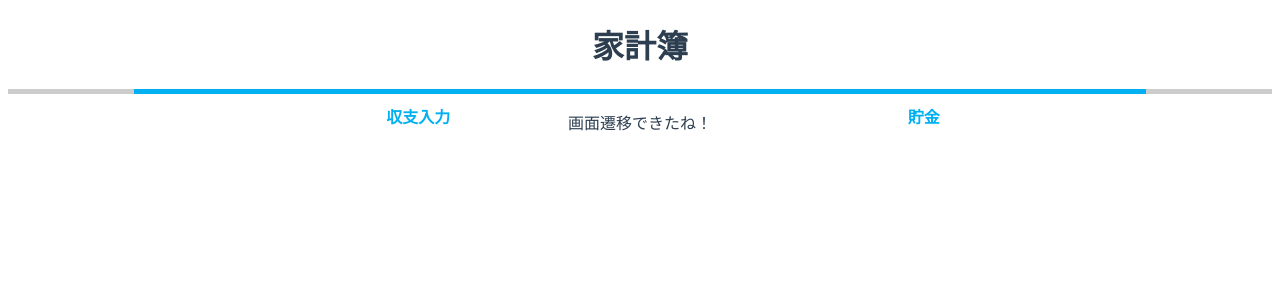
Repository: shellzu/kakeibo.app
Page: /#/savingsPage
These files come from the project's save history. The page is drawn as it stood at one moment and after the next save; the edit follows.
The browser window is 1280 px wide. The pictures show the whole page.
The project was rebuilt for these pictures with package versions that can differ from the ones it lists, and the page was loaded fresh each time. Also part of the build but not shown: src/components/AddButton.vue, src/components/BudgetDeleteButton.vue.

Above is the page before, as saved 2019-07-28 14:49:59.

### src/App.vue
<template>
  <div id="app">
    <router-view />
  </div>
</template>
<script>
export default {
  name: 'App'
}
</script>

<style>
#app {
  font-family: "Lato", "Noto Sans JP", "游ゴシック Medium", "游ゴシック体",
    "Yu Gothic Medium", YuGothic, "ヒラギノ角ゴ ProN",
    "Hiragino Kaku Gothic ProN", "メイリオ", Meiryo, "ＭＳ Ｐゴシック",
    "MS PGothic", sans-serif;
  -webkit-font-smoothing: antialiased;
  -moz-osx-font-smoothing: grayscale;
  text-align: center;
  color: #2c3e50;
}
#header {
  height: 150px;
  width: 1200px;
  margin-right: auto;
  margin-left: auto;
  background: white;
  box-shadow: 0px 3px 3px rgba(0, 0, 0, 0.1);
  display: flex;
  justify-content: center;
  align-items: center;
}
#header a {
  display: block;
  position: relative;
  margin: 2em;
  width: 70pt;
  border: solid 1px silver;
  border-radius: 0.5rem 0.5rem;
  padding: 0.5rem 1.5rem;
  margin-top: 1rem;
  text-decoration: none;
}
#png {
  position: absolute;
  left: 100px;
}
nav {
  border-bottom: 5px solid #ccc;
  position: relative;
}
nav ul {
  position: absolute;
  left: 10%;
  display: table;
  margin: 0 auto;
  padding: 0;
  width: 80%;
  text-align: center;
}
nav ul li {
  display: table-cell;
  min-width: 50px;
}
nav ul li a {
  display: block;
  width: 100%;
  height: 100%;
  padding: 10px 0;
  text-decoration: none;
  color: #aaa;
}
nav ul li.current {
  font-weight: bold;
  border-top: 5px solid #00b0f0;
}
nav ul li.current a {
  color: #00b0f0;
}
nav ul li a:hover {
  color: #0089bb;
  background-color: #fbfbdd;
}
nav ul li:hover {
  border-top: 5px solid #f8e750;
}
</style>

### src/router/index.js
import Vue from 'vue'
import Router from 'vue-router'

import BudgetListPage from '@/components/BudgetListPage'
import SavingsPage from '@/components/SavingsPage'

Vue.use(Router)

export default new Router({
  routes: [
    {
      path: '/',
      component: BudgetListPage
    },
    {
      path: '/savingsPage',
      component: SavingsPage
    }
  ]
})

### src/components/BudgetListPage.vue
<template>
  <div id="app">
    <HeaderMenu></HeaderMenu>
     <br>
      <h2>新規入力</h2>
    <form>
      <div align="center">
      <div class="date_picker">
        <label>日付</label>
        <datepicker :format="DatePickerFormat" v-model="date" placeholder="日付を選択"></datepicker>
      </div>
      <div class="text_amount">
        <label>金額</label>
        <input type="number" v-model.number="amount" placeholder="￥" />
      </div>
      <div class="radio_select">
        <p>収支選択</p>
        <input type="radio" id="income" value="収入" v-model="mode" />
        <label for="income">収入</label>
        <input type="radio" id="expense" value="支出" v-model="mode" />
        <label for="expense">支出</label>
      </div>
      <div class="textarea_memo">
        <label>概要</label>
        <textarea v-model="memo" placeholder="給料..食費..."></textarea>
      </div>
      </div>
    </form>
        <AddButton v-on:add-list='entry'></AddButton>
    <div>
      <h2>収支一覧</h2>
    </div>
    <table align="center" class="budget_list th.td">
      <thead>
        <tr>
          <th>ID</th>
          <th>収支</th>
          <th>金額</th>
          <th>日付</th>
          <th>概要</th>
          <th>削除</th>
        </tr>
      </thead>
      <body>
        <tr v-for="(budget, index) in budgets" :key="index">
          <th>{{index}}</th>
          <td>{{budget.mode}}</td>
          <td>{{budget.amount}}</td>
          <td>{{customformat(budget.date)}}</td>
          <td>{{budget.memo}}</td>
          <td>
            <BudgetDeleteButton v-on:deleteList="deletePassbook(budget)"></BudgetDeleteButton>
          </td>
        </tr>
      </body>
    </table>
    <h3>お財布</h3>
      <h3>{{diff}}</h3>
    <div>
    My name is <input v-model="wallet">
    </div>
  </div>
</template>

<script>
import Datepicker from 'vuejs-datepicker'
import moment from 'moment'
import HeaderMenu from './HeaderMenu'
import AddButton from './AddButton'
import BudgetDeleteButton from './BudgetDeleteButton'

export default {
  name: 'app',
  components: {
    Datepicker,
    HeaderMenu,
    AddButton,
    BudgetDeleteButton
  },
  data: function () {
    return {
      budgets: [
        { id: 0, amount: 100000, mode: '収入', date: '2019-06-27', memo: '給料' }
      ],
      amount: '',
      mode: '収入',
      date: '',
      memo: '',
      diff: 100000,
      DatePickerFormat: 'yyyy-MM-dd',
      wallet: ''
    }
  },
  methods: {
    entry: function () {
      this.budgets.push({
        amount: this.amount,
        mode: this.mode,
        date: this.date,
        memo: this.memo
      })
      if (this.mode === '収入') {
        this.diff = this.diff + Number(this.amount)
      } else {
        this.diff = this.diff - Number(this.amount)
      }
    },
    deletePassbook: function (budget) {
      var index = this.budgets.indexOf(budget)
      this.budgets.splice(index, 1)
    },
    customformat: function (value) {
      return moment(value).format('YYYY-MM-DD')
    }
  },
  mounted () {
    if (localStorage.wallet) this.wallet = localStorage.wallet
  },
  watch: {
    wallet (newWallet) {
      localStorage.wallet = newWallet
    }
  }
}
</script>

<style>
.budget_list {
  padding: 10px 10px 10px 10px;
  border-left: 6px solid #00b0f0;
  background-color: #eee;
  width: 80%;
}
.budget_list th.td {
  padding: 0.5em 3em 0.5em 3em;
}
.th.td {
  padding: 0.5em 3em 0.5em 3em;
}
button {
  position: relative;
  display: inline-block;
  padding: 0.25em 0.5em;
  text-decoration: none;
  color: #FFF;
  background: #03A9F4;
  border: solid 1px #0f9ada;
  border-radius: 4px;
  box-shadow: inset 0 1px 0 rgba(255,255,255,0.2);
  text-shadow: 0 1px 0 rgba(0,0,0,0.2);
}
button:active {
  border: solid 1px #03A9F4;
  box-shadow: none;
  text-shadow: none;
}
.saving_link {
  font-size: 1.5em;
}
.cp_link {
  display: inline-block;
  padding: 0.1em 0.3em;
  transition: all .3s;
  color: gray;
  text-decoration: none;
  font-size: 1.5em;
}
.cp_link:visited {
  color: #777777;
  text-decoration: none;
}
.cp_link:hover {
  color: #fff;
  background-color: #00BCD4;
}
input::-webkit-outer-spin-button,
input::-webkit-inner-spin-button {
  -webkit-appearance: none;
}
.text_amount {
  padding-bottom: 20px;
  width: 180px;
}
.text_amount label {
  display: block;
  font-size: 14px;
  padding-bottom: 5px;
}
.text_amount input[type=number] {
  border: 1px solid #1B73BA;
  box-sizing: border-box;
  -moz-box-sizing: border-box;
  -webkit-box-sizing: border-box;
  color: #333;
  font-size: 13px;
  padding: 10px;
  height: 30px;
  width: 180px;
}
.radio_select {
  padding-bottom: 20px;
}
.radio_select p {
  font-size: 14px;
  padding-bottom: 5px;
}
.radio_select input[type=radio] {
  display: none;
  margin: 0;
}
.radio_select input[type=radio] + label {
  cursor: pointer;
  display: inline-block;
  font-size: 13px;
  line-height: 1.5px;
  margin-right: 12px;
  padding: 0 0 3px 24px;
  position: relative;
}
.radio_select input[type=radio] + label::before {
  border: 1px solid #1B73BA;
  border-radius: 50%;
  box-sizing: border-box;
  -moz-box-sizing: border-box;
  -webkit-box-sizing: border-box;
  content: "";
  display: block;
  margin-top: -9px;
  position: absolute;
  left: 0;
  top: 50%;
  height: 13px;
  width: 13px;
}
.radio_select input[type=radio]:checked + label::after {
  background: #1B73BA;
  border-radius: 50%;
  box-sizing: border-box;
  -moz-box-sizing: border-box;
  -webkit-box-sizing: border-box;
  content: "";
  display: block;
  margin-top: -4px;
  position: absolute;
  left: 3px;
  top: 0px;
  height: 7px;
  width: 7px;
}
.textarea_memo {
  padding-bottom: 10px;
  width: 200px;
}
  .textarea_memo label {
  display: block;
  font-size: 14px;
  padding-bottom: 5px;
}
.textarea_memo textarea {
  border: 1px solid #1B73BA;
  box-sizing: border-box;
  -moz-box-sizing: border-box;
  -webkit-box-sizing: border-box;
  color: #333;
  font-size: 13px;
  padding: 10px;
  height: 80px;
  width: 200px;
}
.date_picker {
  padding-bottom: 10px;
}
li {
  list-style: none;
}
h3 {
  left: 30%;
}
.table_passbook {
  padding: 10px 10px 10px 10px;
  border-left: 6px solid #00b0f0;
  background-color: #eee;
  width: 80%;
}
.text_money {
  padding-bottom: 20px;
  width: 180px;
}
.text_money label {
  display: block;
  font-size: 14px;
  padding-bottom: 5px;
}
.text_money input[type=number] {
  border: 1px solid #1B73BA;
  box-sizing: border-box;
  -moz-box-sizing: border-box;
  -webkit-box-sizing: border-box;
  color: #333;
  font-size: 13px;
  padding: 10px;
  height: 30px;
  width: 180px;
}
.radio_select {
  padding-bottom: 20px;
}
.radio_select p {
  font-size: 14px;
  padding-bottom: 5px;
}
.radio_select input[type=radio] {
  display: none;
  margin: 0;
}
.radio_select input[type=radio] + label {
  cursor: pointer;
  display: inline-block;
  font-size: 13px;
  line-height: 1.5px;
  margin-right: 12px;
  padding: 0 0 3px 24px;
  position: relative;
}
.radio_select input[type=radio] + label::before {
  border: 1px solid #1B73BA;
  border-radius: 50%;
  box-sizing: border-box;
  -moz-box-sizing: border-box;
  -webkit-box-sizing: border-box;
  content: "";
  display: block;
  margin-top: -9px;
  position: absolute;
  left: 0;
  top: 50%;
  height: 13px;
  width: 13px;
}
.radio_select input[type=radio]:checked + label::after {
  background: #1B73BA;
  border-radius: 50%;
  box-sizing: border-box;
  -moz-box-sizing: border-box;
  -webkit-box-sizing: border-box;
  content: "";
  display: block;
  margin-top: -4px;
  position: absolute;
  left: 3px;
  top: 0px;
  height: 7px;
  width: 7px;
}
.textarea_memo {
  padding-bottom: 10px;
  width: 200px;
}
.textarea_memo label {
  display: block;
  font-size: 14px;
  padding-bottom: 5px;
}
.textarea_memo textarea {
  border: 1px solid #1B73BA;
  box-sizing: border-box;
  -moz-box-sizing: border-box;
  -webkit-box-sizing: border-box;
  color: #333;
  font-size: 13px;
  padding: 10px;
  height: 80px;
  width: 200px;
}
.date_picker {
  padding-bottom: 10px;
}
li {
  list-style: none;
}
h3 {
  left: 30%;
}
</style>

### src/components/SavingsPage.vue
<template>
  <div>
    <HeaderMenu></HeaderMenu>
    <p>画面遷移できたね！</p>
  </div>
</template>
<script>
import HeaderMenu from './HeaderMenu'
export default {
  name: 'app',
  components: {
    HeaderMenu
  }
}
</script>

<style>
</style>

### src/components/HeaderMenu.vue
<template>
  <div id="app">
    <h1>家計簿</h1>
    <nav>
      <ul>
        <li class="current">
          <router-link to="/">収支入力</router-link>
        </li>
        <li class="current">
          <router-link to="/savingsPage">貯金</router-link>
        </li>
      </ul>
    </nav>
    <router-view />
  </div>
</template>

<script>
export default {
  name: 'app'
}
</script>
<style scoped>
@import './menu1.css';
</style>

### src/components/menu1.css
.header {
    height: 150px;
    width: 1200px;
    margin-right: auto;
    margin-left: auto;
    background: white;
    box-shadow: 0px 3px 3px rgba(0, 0, 0, 0.1);
    display: flex;
    justify-content: center;
    align-items: center;
  }
  .header a {
    display: block;
    position: relative;
    margin: 2em;
    width: 70pt;
    border: solid 1px silver;
    border-radius: 0.5rem 0.5rem;
    padding: 0.5rem 1.5rem;
    margin-top: 1rem;
    text-decoration: none;
  }
  nav {
    border-bottom: 5px solid #ccc;
    position: relative;
  }
  nav ul {
    position: absolute;
    left: 10%;
    display: table;
    margin: 0 auto;
    padding: 0;
    width: 80%;
    text-align: center;
  }
  nav ul li {
    display: table-cell;
    min-width: 50px;
  }
  nav ul li a {
    display: block;
    width: 100%;
    height: 100%;
    padding: 10px 0;
    text-decoration: none;
    color: #aaa;
  }
  nav ul li.current {
    font-weight: bold;
    border-top: 5px solid #00b0f0;
  }
  nav ul li.current a {
    color: #00b0f0;
  }
  nav ul li a:hover {
    color: #0089bb;
    background-color: #fbfbdd;
  }
  nav ul li:hover {
    border-top: 5px solid #f8e750;
  }

Loaded but not shown: index.html (common file); src/main.js (common file)

After the next save:
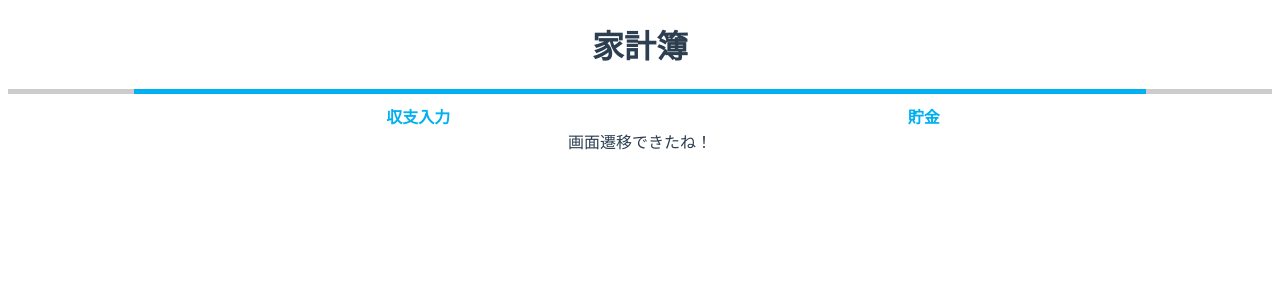
Saved 59 s later.
--- a/src/components/SavingsPage.vue
+++ b/src/components/SavingsPage.vue
@@ -1,6 +1,7 @@
 <template>
   <div>
     <HeaderMenu></HeaderMenu>
+    <br>
     <p>画面遷移できたね！</p>
   </div>
 </template>
